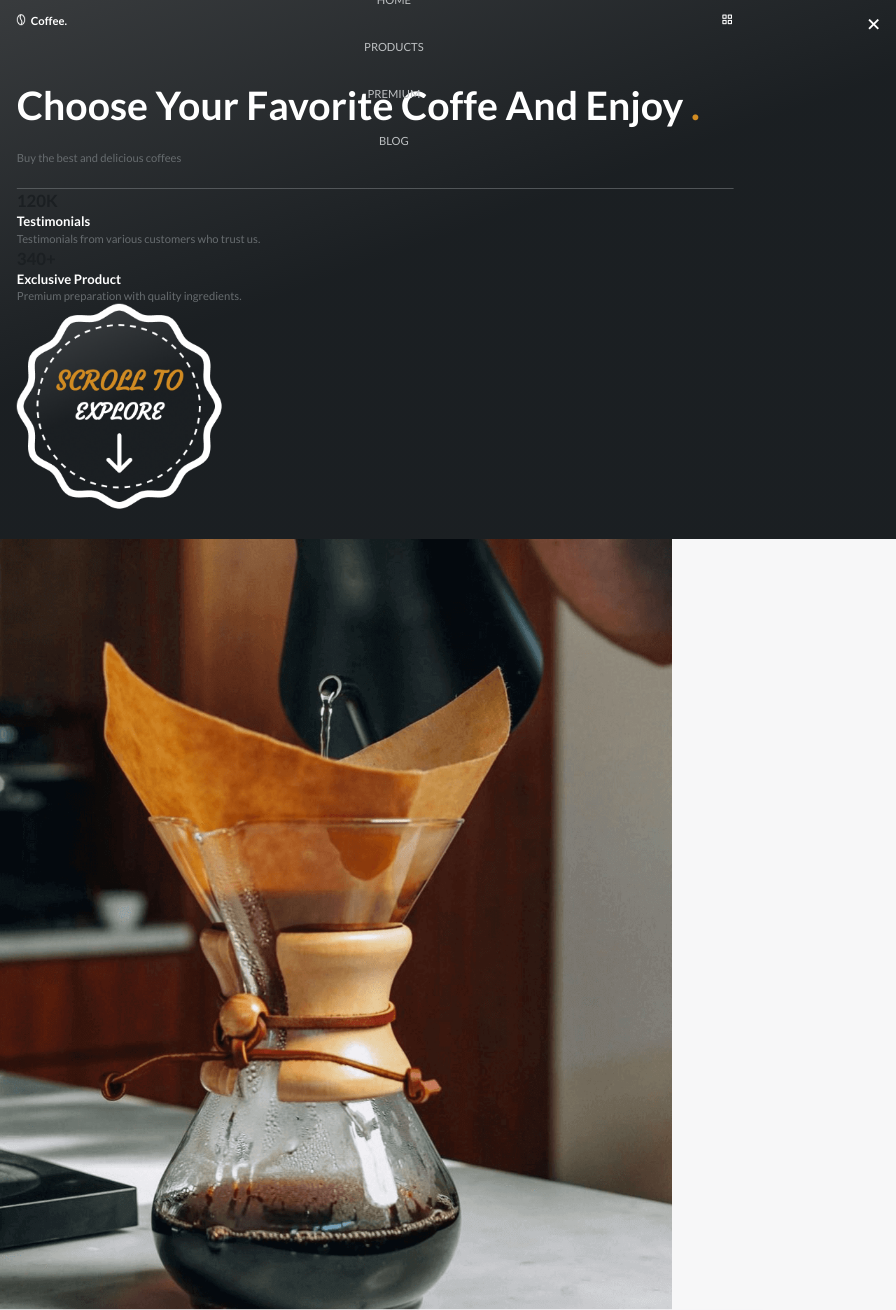
Repository: phong121020/coffee-responsive
Page: index.html
These files come from the project's save history. The page is drawn as it stood at one moment and after the next save; the edit follows.
The browser window is 1280 px wide. The pictures show the whole page, at 70% of full size.

Above is the page before, as saved 2022-03-06 17:50:07.

### index.html
<!DOCTYPE html>
<html lang="en">
  <head>
    <meta charset="UTF-8" />
    <meta http-equiv="X-UA-Compatible" content="IE=edge" />
    <meta name="viewport" content="width=device-width, initial-scale=1.0" />
    <!-- link -->
    <link rel="stylesheet" href="./assets/css/style.css" />
    <!-- favicon -->
    <link
      rel="shortcut icon"
      href="./assets/img/favicon.png"
      type="image/x-icon"
    />
    <title>Document</title>
    <!-- boxicon -->
    <link
      href="https://unpkg.com/boxicons@2.1.1/css/boxicons.min.css"
      rel="stylesheet"
    />
  </head>
  <body>
    <!-- HEADER -->
    <header class="header" id="header">
      <nav class="nav container">
        <a href="#" class="nav__logo">
          <img src="./assets/img/logo.png" alt="" class="nav__logo-img" />
          Coffee.
        </a>
        <div class="nav__menu" id="nav-menu">
          <ul class="nav__list">
            <li class="nav__item">
              <a href="#home" class="nav__link">Home</a>
            </li>
            <li class="nav__item">
              <a href="#products" class="nav__link">Products</a>
            </li>
            <li class="nav__item">
              <a href="#premium" class="nav__link">Premium</a>
            </li>
            <li class="nav__item">
              <a href="#blog" class="nav__link">Blog</a>
            </li>
          </ul>
          <div class="nav__close" id="nav-close">
            <i class="bx bx-x"></i>
          </div>
        </div>
        <!-- Toggle button -->
        <div class="nav__toggle" id="nav-toggle">
          <i class="bx bx-grid-alt"></i>
        </div>
      </nav>
    </header>
    <!-- MAIN -->
    <main>
      <!-- HOME -->
      <section class="home grid" id="home">
        <div class="home__container">
          <div class="home__content container">
            <h1 class="home__title">
              Choose Your Favorite Coffe And Enjoy <span>.</span>
            </h1>
            <p class="home__desc">Buy the best and delicious coffees</p>
            <div class="home__data">
              <div class="home__data-group">
                <h2 class="home__data-number">120K</h2>
                <h3 class="home__data-title">Testimonials</h3>
                <p class="home__data-desc">
                  Testimonials from various customers who trust us.
                </p>
              </div>
              <div class="home__data-group">
                <h2 class="home__data-number">340+</h2>
                <h3 class="home__data-title">Exclusive Product</h3>
                <p class="home__data-desc">
                  Premium preparation with quality ingredients.
                </p>
              </div>
            </div>
            <a href="#specialty">
              <img src="./assets/img/scroll.png" alt="" class="home__scroll" />
            </a>
          </div>
        </div>
        <img src="./assets/img/home.png" alt="" class="home__img" />
      </section>
    </main>
    <!-- JS -->
    <script src="./assets/js/app.js"></script>
  </body>
</html>

### assets/css/style.css
/*=============== GOOGLE FONTS ===============*/
@import url("https://fonts.googleapis.com/css2?family=Lato:wght@400;700&display=swap");

/*=============== VARIABLES CSS ===============*/
:root {
  --header-height: 3.5rem;

  /*========== Colors ==========*/
  --first-color: hsl(36, 72%, 48%);
  --first-color-alt: hsl(36, 72%, 44%);
  --black-color: hsl(206, 12%, 12%);
  --card-color: hsl(0, 0%, 90%);
  --title-color: hsl(206, 12%, 12%);
  --text-color: hsl(206, 4%, 42%);
  --text-color-light: hsl(206, 4%, 75%);
  --body-color: hsl(206, 4%, 97%);
  --container-color: #fff;

  /*========== Font and typography ==========*/
  --body-font: "Lato", sans-serif;
  --biggest-font-size: 2.25rem;
  --h1-font-size: 1.5rem;
  --h2-font-size: 1.25rem;
  --h3-font-size: 1rem;
  --normal-font-size: 0.938rem;
  --small-font-size: 0.813rem;
  --smaller-font-size: 0.75rem;

  /*========== Font weight ==========*/
  --font-bold: 700;

  /*========== z index ==========*/
  --z-tooltip: 10;
  --z-fixed: 100;
}

@media screen and (min-width: 968px) {
  :root {
    --biggest-font-size: 3.5rem;
    --h1-font-size: 2.25rem;
    --h2-font-size: 1.5rem;
    --h3-font-size: 1.25rem;
    --normal-font-size: 1rem;
    --small-font-size: 0.875rem;
    --smaller-font-size: 0.813rem;
  }
}

/*=============== BASE ===============*/
* {
  box-sizing: border-box;
  padding: 0;
  margin: 0;
}

html {
  scroll-behavior: smooth;
}

body {
  font-family: var(--body-font);
  font-size: var(--normal-font-size);
  background-color: var(--body-color);
  color: var(--text-color);
}

h1,
h2,
h3 {
  color: var(--title-color);
  font-weight: var(--font-bold);
}

h1,
h2,
h3,
p {
  line-height: 140%;
}

ul {
  list-style: none;
}

a {
  text-decoration: none;
}

img {
  max-width: 100%;
  height: auto;
}

button {
  border: none;
  outline: none;
  cursor: pointer;
}

/*=============== REUSABLE CSS CLASSES ===============*/
.container {
  max-width: 1024px;
  margin-left: 1.5rem;
  margin-right: 1.5rem;
}

.grid {
  display: grid;
  gap: 1.5rem;
}

.section {
  padding: 4.5rem 0 2rem;
}

.section__title {
  position: relative;
  font-size: var(--h1-font-size);
  padding-left: 1.25rem;
  margin-bottom: 2.5rem;
}

.section__title::before {
  content: "";
  position: absolute;
  top: 8px;
  left: 0;
  width: 3px;
  height: 20px;
  background-color: var(--first-color);
}

/* HEADER & NAV */
.header {
  width: 100%;
  background-color: transparent;
  position: fixed;
  top: 0;
  left: 0;
  right: 0;
  z-index: var(--z-fixed);
}
.nav {
  height: var(--header-height);
  display: flex;
  justify-content: space-between;
  align-items: center;
}
.nav__logo,
.nav__toggle {
  color: #fff;
}
.nav__logo {
  display: flex;
  align-items: center;
  justify-content: center;
  column-gap: 0.5rem;
  font-weight: var(--font-bold);
}
.nav__logo-img {
  width: 0.75rem;
}
.nav__toggle {
  display: inline-flex;
  font-size: 1.15rem;
  cursor: pointer;
}

@media screen and (max-width: 767px) {
  .nav__menu {
    position: fixed;
    top: 0;
    right: -100%;
    background-color: var(--black-color);
    width: 100%;
    height: 100%;
    transition: 0.3s;
  }
  .nav__menu.is-show {
    right: 0;
  }
}
.nav__list {
  display: flex;
  flex-direction: column;
  text-align: center;
  row-gap: 3rem;
  padding-top: 9rem;
}
.nav__link {
  text-transform: uppercase;
  color: var(--text-color-light);
  transition: 0.3s;
}
.nav__link:hover {
  color: #fff;
}
.nav__close {
  font-size: 2rem;
  position: absolute;
  top: 1rem;
  right: 1rem;
  color: #fff;
  cursor: pointer;
}
/* HOME */
.home {
  gap: 0;
}
.home__container {
  padding: 7rem 0 2.5rem;
  background: linear-gradient(
    160deg,
    hsla(206, 4%, 24%, 1) -4%,
    hsla(206, 12%, 12%, 1) 46%
  );
}
.home__content {
  position: relative;
}
.home__title,
.home__data-title {
  color: #fff;
}
.home__title {
  font-size: var(--biggest-font-size);
  margin-bottom: 1.5rem;
}
.home__title span {
  color: var(--first-color);
}
.home__desc {
  margin-bottom: 2rem;
}
.home__data {
  border-top: 1px solid var(--text-color);
}

### assets/js/app.js
// SHOW MENU
const navToggle = document.querySelector(".nav__toggle");
const navMenu = document.querySelector(".nav__menu");
const navClose = document.querySelector(".nav__close");
const navItem = document.querySelectorAll(".nav__item");
// MENU SHOW
if (navToggle) {
  navToggle.addEventListener("click", function () {
    navMenu.classList.add("is-show");
  });
}
//  MENU HIDDEN
if (navClose) {
  navClose.addEventListener("click", function () {
    navMenu.classList.remove("is-show");
  });
}
// REMOVE MENU MOBILE
[...navItem].forEach((item) =>
  item.addEventListener("click", function () {
    navMenu.classList.remove("is-show");
  })
);

After the next save:
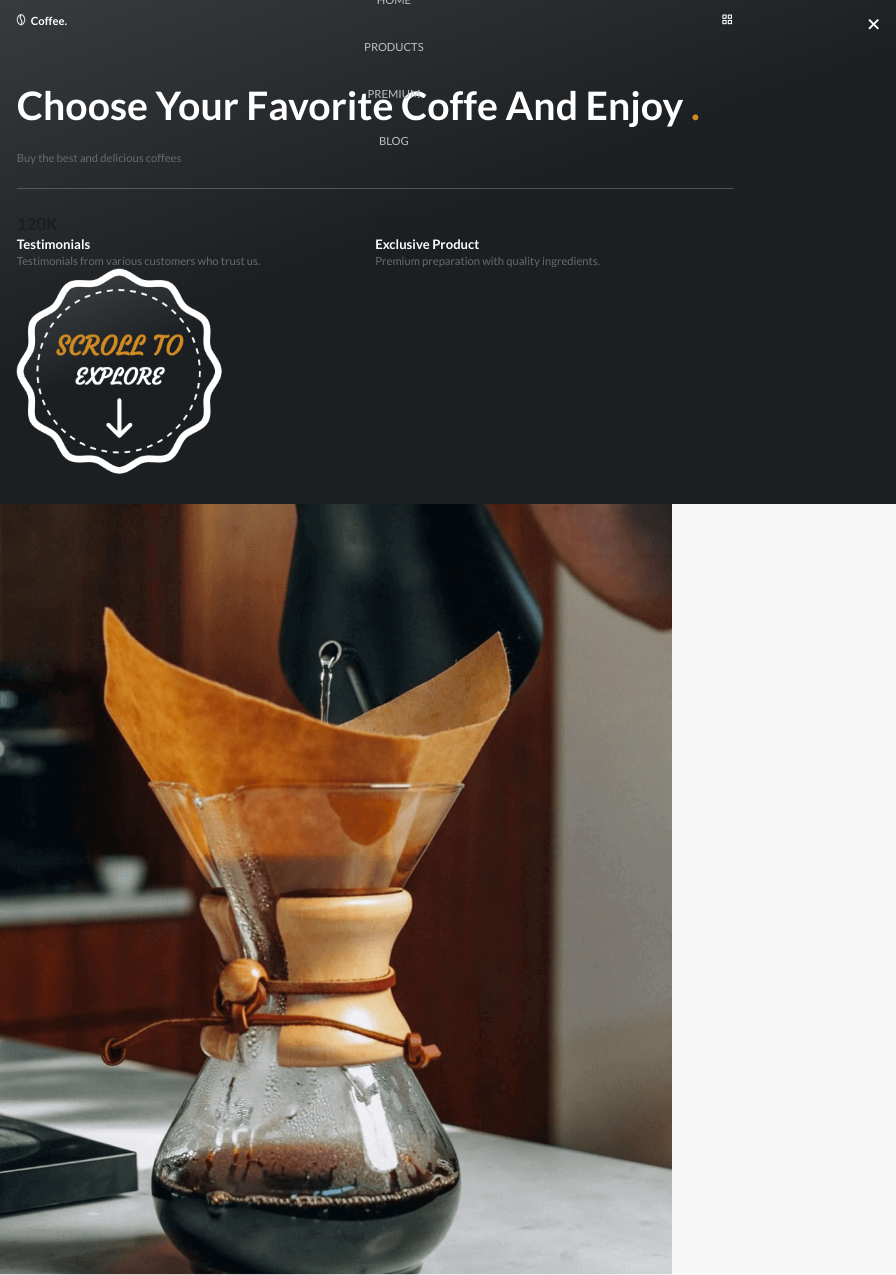
Saved 2 min 38 s later.
--- a/assets/css/style.css
+++ b/assets/css/style.css
@@ -234,4 +234,7 @@ button {
 }
 .home__data {
   border-top: 1px solid var(--text-color);
-}
+  padding-top: 2rem;
+  display: grid;
+  grid-template-columns: repeat(2, 1fr);
+}
